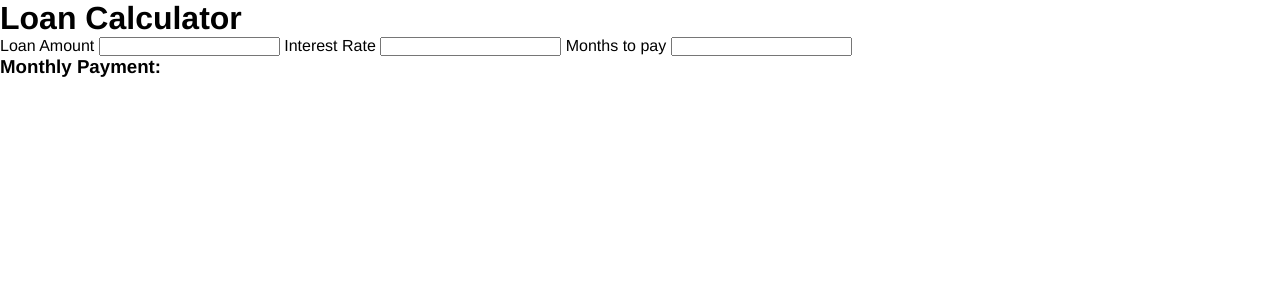
Repository: Ankitkr2021/Loan-Calculator
Page: index.html
These files come from the project's save history. The page is drawn as it stood at one moment and after the next save; the edit follows.
The browser window is 1280 px wide. The pictures show the whole page.

Above is the page before, as saved 2025-10-28 08:47:56.

After the next save:
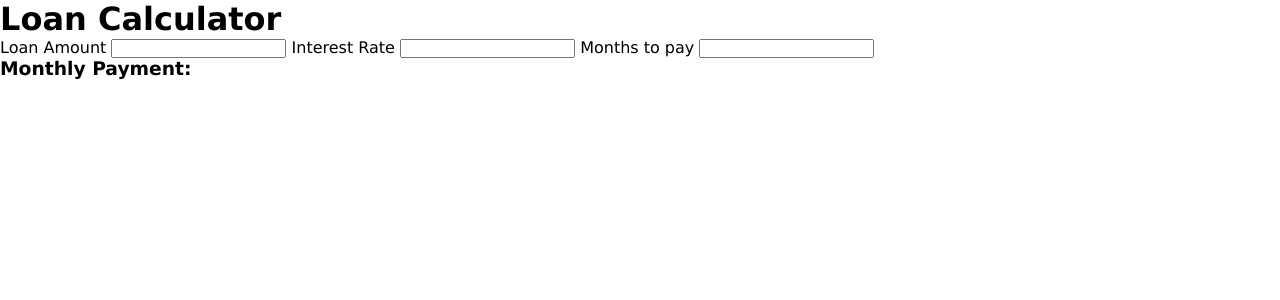
Saved 7 s later.
--- a/style.css
+++ b/style.css
@@ -2,6 +2,6 @@
     margin: 0;
     padding: 0;
     box-sizing: border-box;
-    font-family:'Franklin Gothic Medium', 'Arial Narrow', Arial, sans-serif;
+    font-family:'Lucida Sans', 'Lucida Sans Regular', 'Lucida Grande', 'Lucida Sans Unicode', Geneva, Verdana, sans-serif;
 
 }
